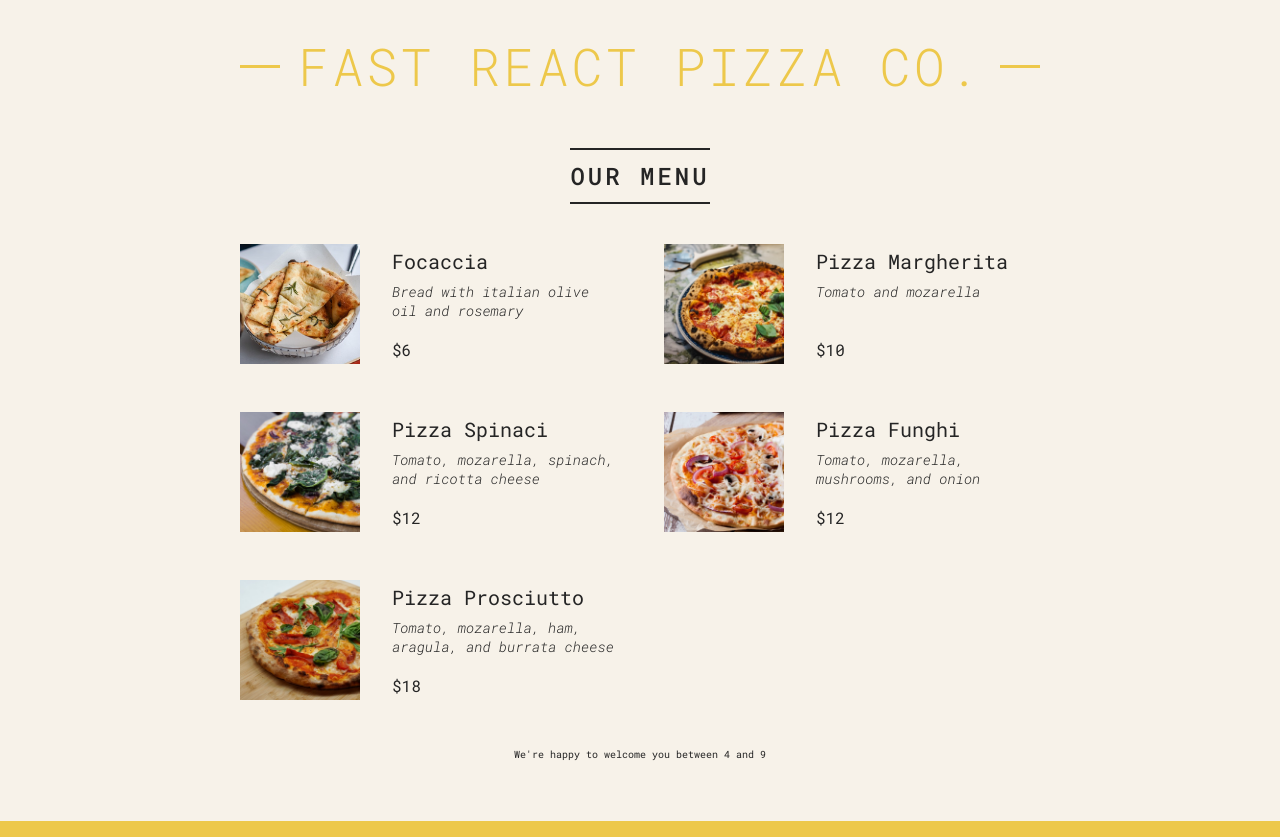
Repository: ahmedharidy/First-React-App
Page: /
The author's editor kept a copy of each file at every save. The page is drawn from the files as they stood at one save, then again after the next save.
The browser window is 1280 px wide. The pictures show the whole page.
The project was rebuilt for these pictures with package versions that can differ from the ones it lists, and the page was loaded fresh each time.

Above is the page before, as saved 2026-09-24 08:15:14.

After the next save:
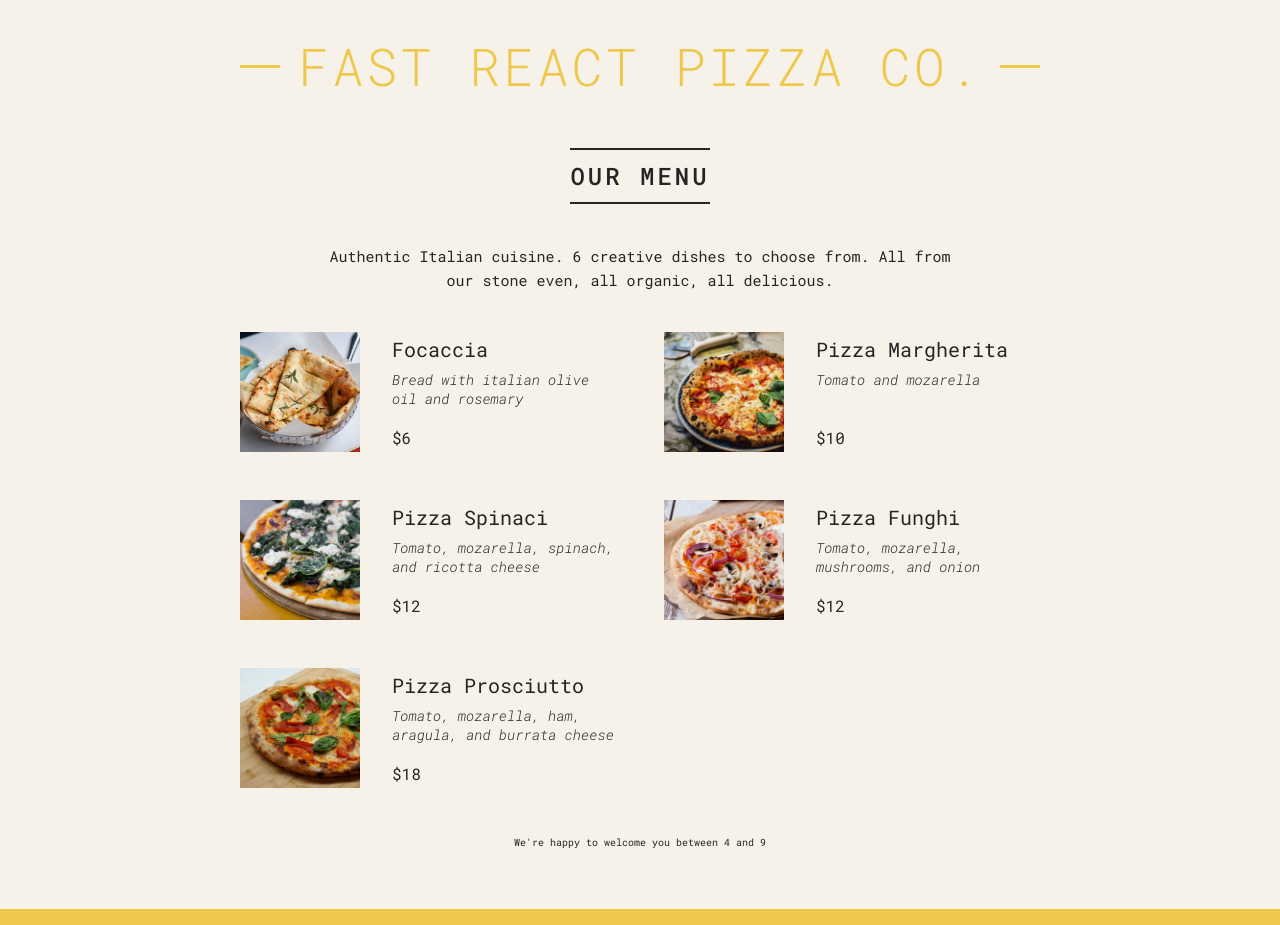
Saved 5 min 4 s later.
--- a/src/index.js
+++ b/src/index.js
@@ -72,6 +72,11 @@ function Menu() {
   return (
     <main className="menu">
       <h2>Our menu</h2>
+
+      <p>
+        Authentic Italian cuisine. 6 creative dishes to choose from. All from
+        our stone even, all organic, all delicious.
+      </p>
 
       {numPizzas > 0 ? (
         <ul className="pizzas">
